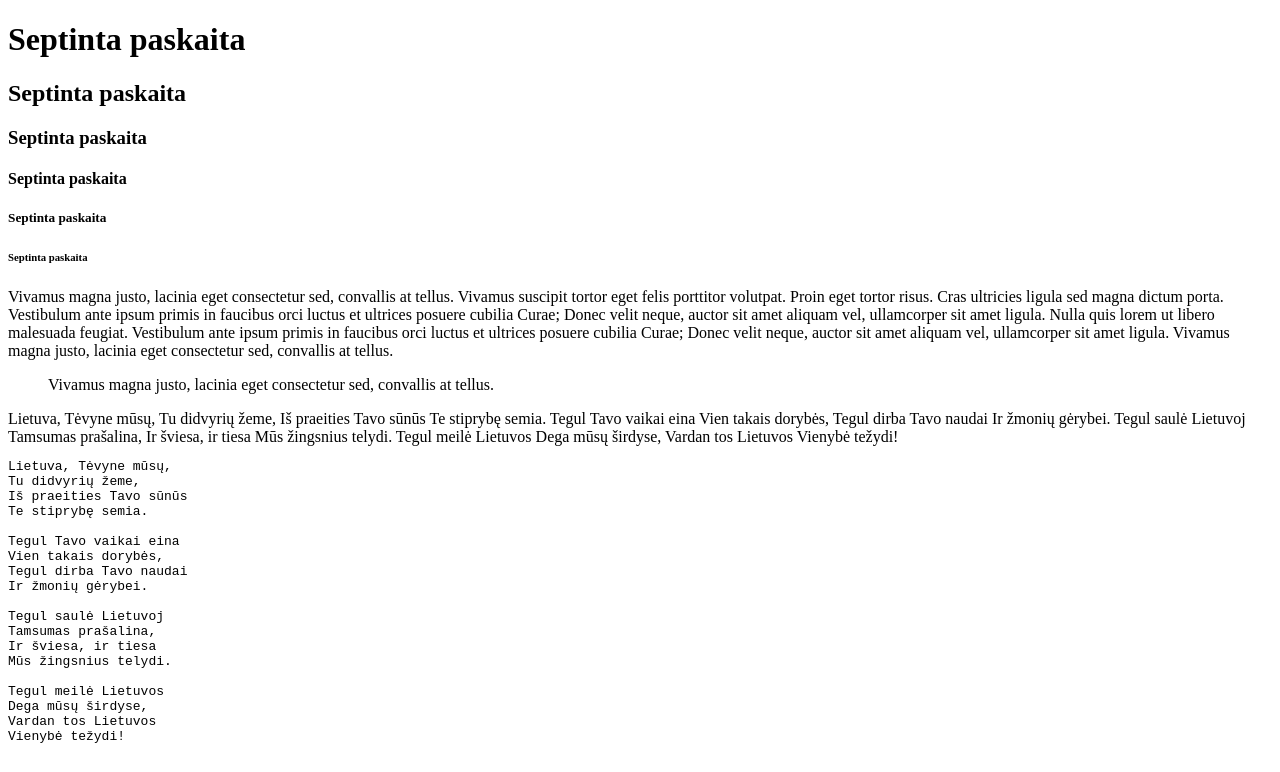
Repository: motiejus1/07-paskaita-05.31
Page: index.html
An editor plug-in stored every save of this project. The page is shown before and after a run of saves, followed by the edit.
The browser window is 1280 px wide. The pictures show the whole page.

Above is the page before, as saved 2021-06-10 18:42:49.

### index.html
<!DOCTYPE html>
<html lang="en">
<head>
    <meta charset="UTF-8">
    <meta http-equiv="X-UA-Compatible" content="IE=edge">
    <meta name="viewport" content="width=device-width, initial-scale=1.0">
    <title>Septinta paskaita</title>
</head>
<body>
    <h1>Septinta paskaita</h1>
    <h2>Septinta paskaita</h2>
    <h3>Septinta paskaita</h3>
    <h4>Septinta paskaita</h4>
    <h5>Septinta paskaita</h5>
    <h6>Septinta paskaita</h6>

    <p>Vivamus magna justo, lacinia eget consectetur sed, convallis at tellus. Vivamus suscipit tortor eget felis porttitor volutpat. Proin eget tortor risus. Cras ultricies ligula sed magna dictum porta. Vestibulum ante ipsum primis in faucibus orci luctus et ultrices posuere cubilia Curae; Donec velit neque, auctor sit amet aliquam vel, ullamcorper sit amet ligula. Nulla quis lorem ut libero malesuada feugiat. Vestibulum ante ipsum primis in faucibus orci luctus et ultrices posuere cubilia Curae; Donec velit neque, auctor sit amet aliquam vel, ullamcorper sit amet ligula. Vivamus magna justo, lacinia eget consectetur sed, convallis at tellus.</p>

    <blockquote>Vivamus magna justo, lacinia eget consectetur sed, convallis at tellus.</blockquote>

Lietuva, Tėvyne mūsų,
Tu didvyrių žeme,
Iš praeities Tavo sūnūs
Te stiprybę semia.

Tegul Tavo vaikai eina
Vien takais dorybės,
Tegul dirba Tavo naudai
Ir žmonių gėrybei.

Tegul saulė Lietuvoj
Tamsumas prašalina,
Ir šviesa, ir tiesa
Mūs žingsnius telydi.

Tegul meilė Lietuvos
Dega mūsų širdyse,
Vardan tos Lietuvos
Vienybė težydi!



    <pre>
Lietuva, Tėvyne mūsų,
Tu didvyrių žeme,
Iš praeities Tavo sūnūs
Te stiprybę semia.

Tegul Tavo vaikai eina
Vien takais dorybės,
Tegul dirba Tavo naudai
Ir žmonių gėrybei.

Tegul saulė Lietuvoj
Tamsumas prašalina,
Ir šviesa, ir tiesa
Mūs žingsnius telydi.

Tegul meilė Lietuvos
Dega mūsų širdyse,
Vardan tos Lietuvos
Vienybė težydi!
    </pre>
</body>
</html>

After the next 2 saves:
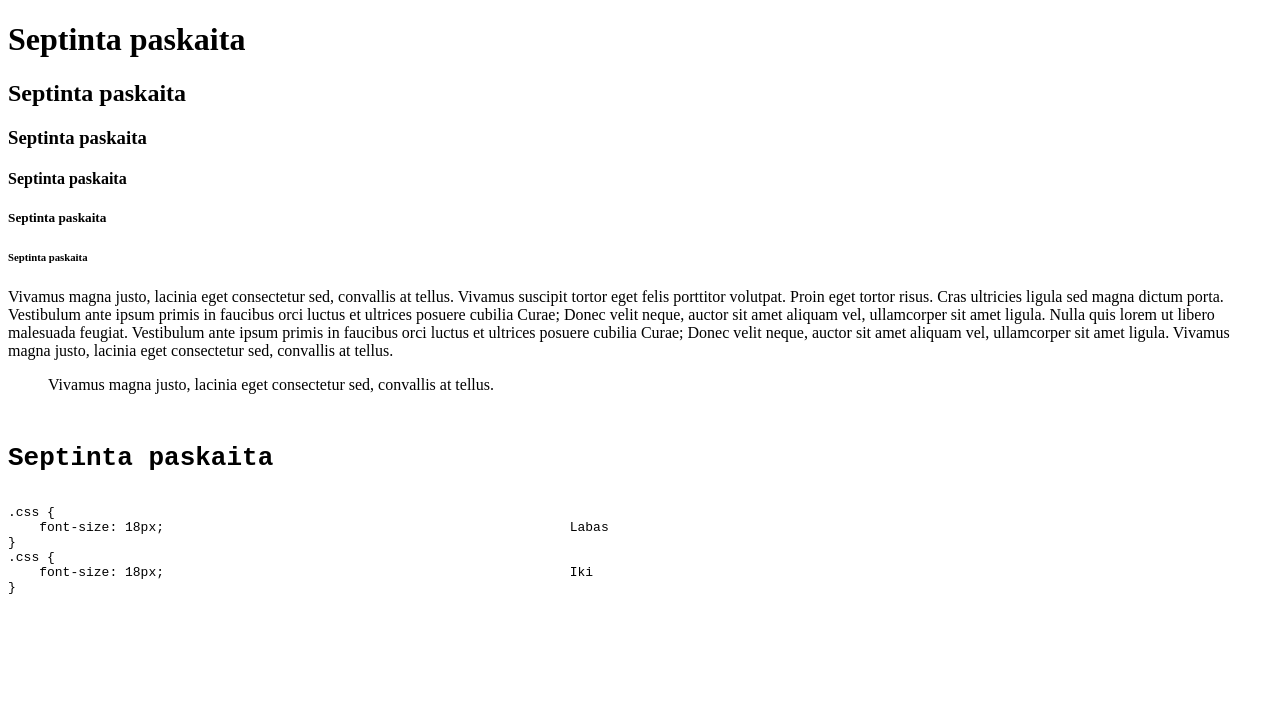
The 2 saves are shown as one change because they came seconds apart.
The last was saved 105 s later.
--- a/index.html
+++ b/index.html
@@ -18,48 +18,15 @@
 
     <blockquote>Vivamus magna justo, lacinia eget consectetur sed, convallis at tellus.</blockquote>
 
-Lietuva, Tėvyne mūsų,
-Tu didvyrių žeme,
-Iš praeities Tavo sūnūs
-Te stiprybę semia.
-
-Tegul Tavo vaikai eina
-Vien takais dorybės,
-Tegul dirba Tavo naudai
-Ir žmonių gėrybei.
-
-Tegul saulė Lietuvoj
-Tamsumas prašalina,
-Ir šviesa, ir tiesa
-Mūs žingsnius telydi.
-
-Tegul meilė Lietuvos
-Dega mūsų širdyse,
-Vardan tos Lietuvos
-Vienybė težydi!
-
-
 
     <pre>
-Lietuva, Tėvyne mūsų,
-Tu didvyrių žeme,
-Iš praeities Tavo sūnūs
-Te stiprybę semia.
-
-Tegul Tavo vaikai eina
-Vien takais dorybės,
-Tegul dirba Tavo naudai
-Ir žmonių gėrybei.
-
-Tegul saulė Lietuvoj
-Tamsumas prašalina,
-Ir šviesa, ir tiesa
-Mūs žingsnius telydi.
-
-Tegul meilė Lietuvos
-Dega mūsų širdyse,
-Vardan tos Lietuvos
-Vienybė težydi!
+        <h1>Septinta paskaita</h1>
+.css {
+    font-size: 18px;                                                    Labas
+}
+.css {
+    font-size: 18px;                                                    Iki
+}
     </pre>
 </body>
 </html>
